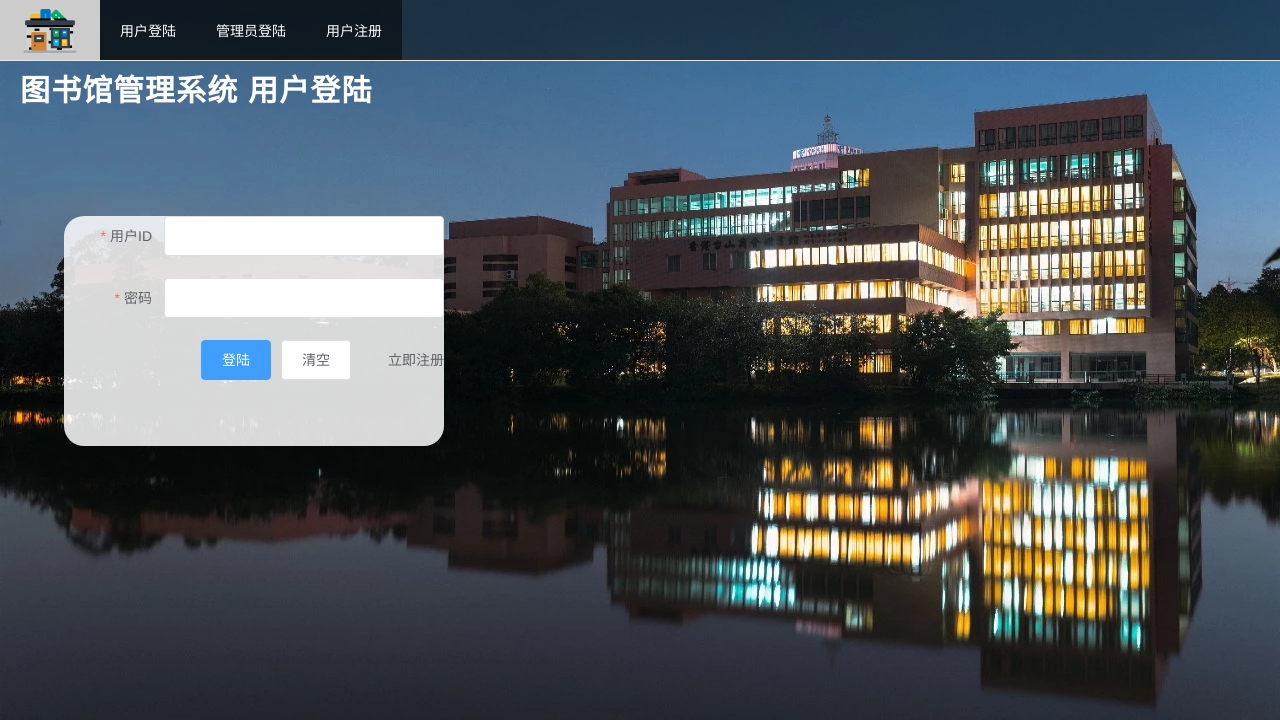
Repository: Akron-xz/helloVue
Page: /#/userLogin (app in vue-library/)
An editor plug-in stored every save of this project. The page is shown before and after the next save, followed by the edit.
The browser window is 1280 px wide. The pictures show the whole page.
The project was rebuilt for these pictures with package versions that can differ from the ones it lists, and the page was loaded fresh each time. Also part of the build but not shown: vue-library/src/views/Home.vue.

Above is the page before, as saved 2020-11-25 10:37:31.

After the next save:
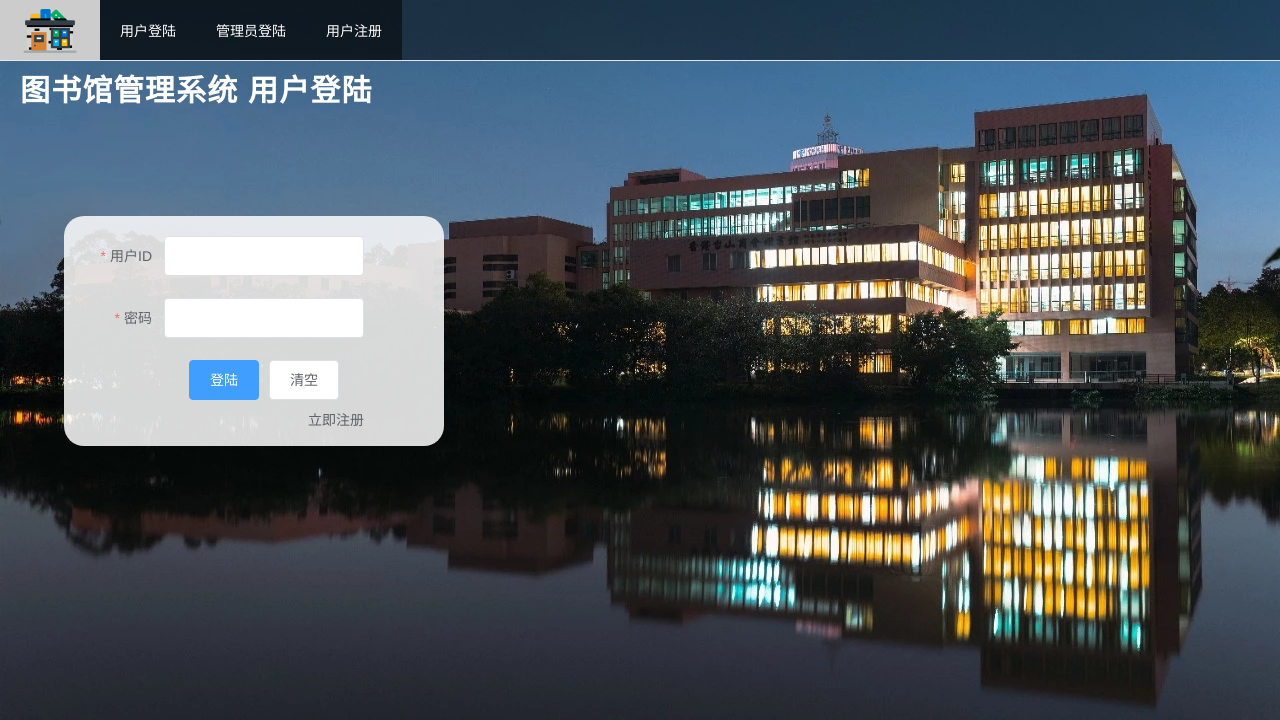
Saved 4 min 35 s later.
--- a/vue-library/src/views/UserLogin.vue
+++ b/vue-library/src/views/UserLogin.vue
@@ -165,6 +165,12 @@ export default {
     background-size: 100% 100%;
     background-image: url(/img/divBg/bg32.jpg);
 }
+.demo-ruleForm{
+        position: absolute;
+        top: 20px;
+        width: 300px;
+        height: 50px;
+ }
 
 .el-header {
     text-align: left;
@@ -175,7 +181,7 @@ export default {
     letter-spacing: 0.04em;
   }
 
-.loginBox {
+.loginBox{
   position: fixed;
   top: 30%;
   left: 5%;
@@ -185,11 +191,11 @@ export default {
   background: #ffffffd7;
 }
 
-.el-link {
+.el-link{
   float: right;
 }
 
-.img {
+.img{
   margin-left: 100px;
   height: 100px;
   width: 1000px;
